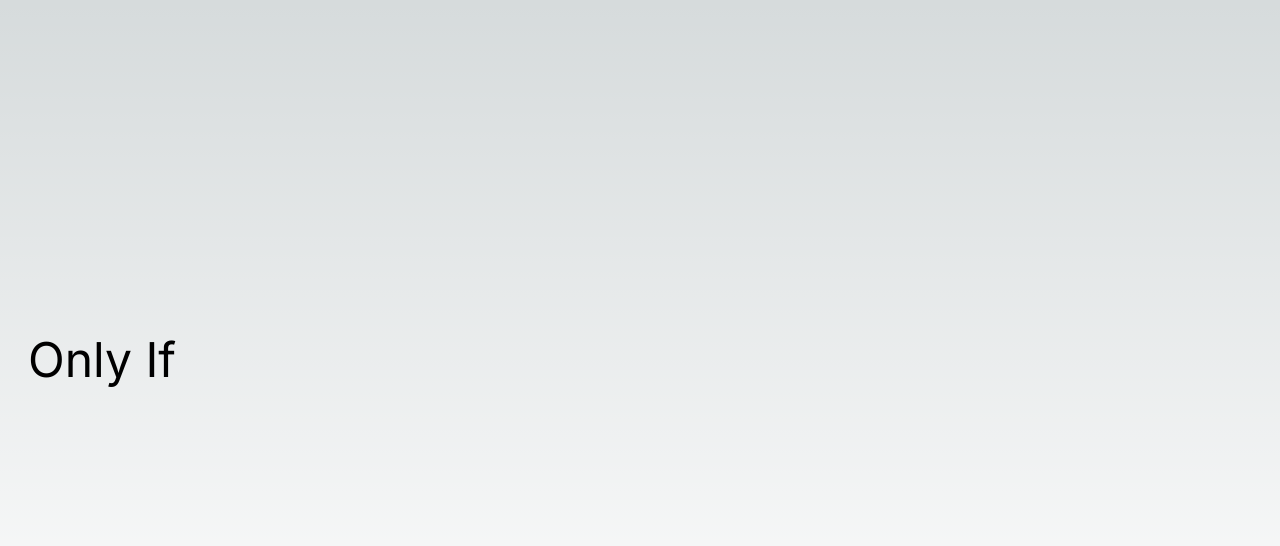
Repository: chapeee/learnNextBella
Page: / (app in basicconcepts/)
The author's editor kept a copy of each file at every save. The page is drawn from the files as they stood at one save, then again after the next save.
The browser window is 1280 px wide. The pictures show the whole page.
The project was rebuilt for these pictures with package versions that can differ from the ones it lists, and the page was loaded fresh each time. The framework's server and built-in components were replaced by stand-ins that run in the browser. Also part of the build but not shown: basicconcepts/next.config.mjs.

Above is the page before, as saved 2024-03-22 20:46:26.

After the next save:
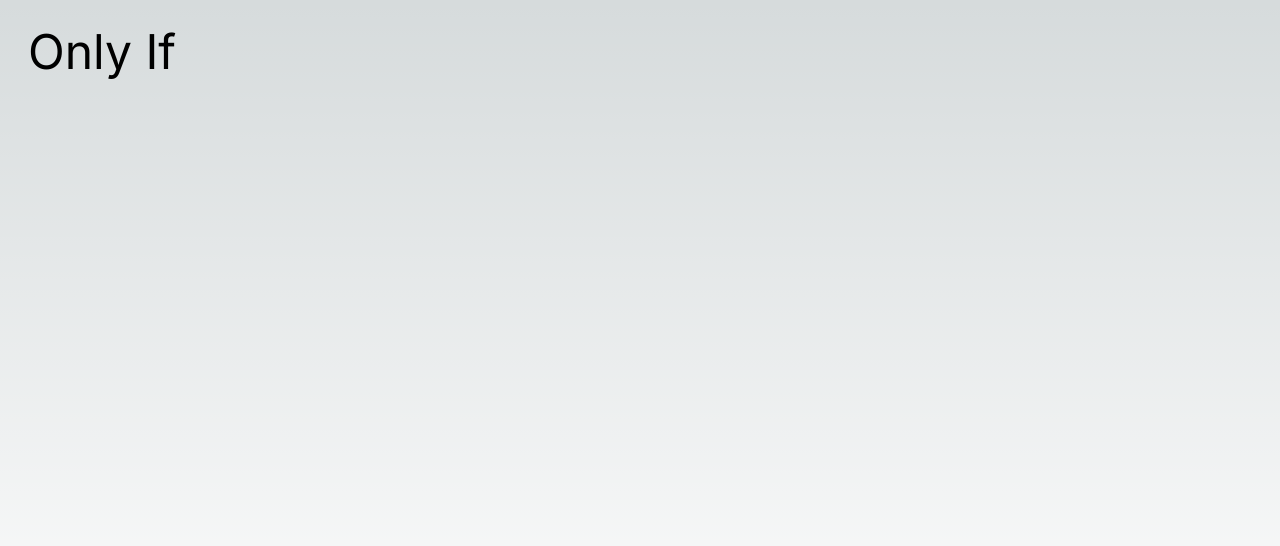
Saved 4 s later.
--- a/basicconcepts/src/app/page.tsx
+++ b/basicconcepts/src/app/page.tsx
@@ -3,7 +3,7 @@ import ConditionRendering from "./Components/ConditionRendering";
 
 export default function Home() {
   return (
-    <main className="flex min-h-screen p-7">
+    <main className=" min-h-screen p-7">
       {/* Conditional Rendering */}
 
       <ConditionRendering />
